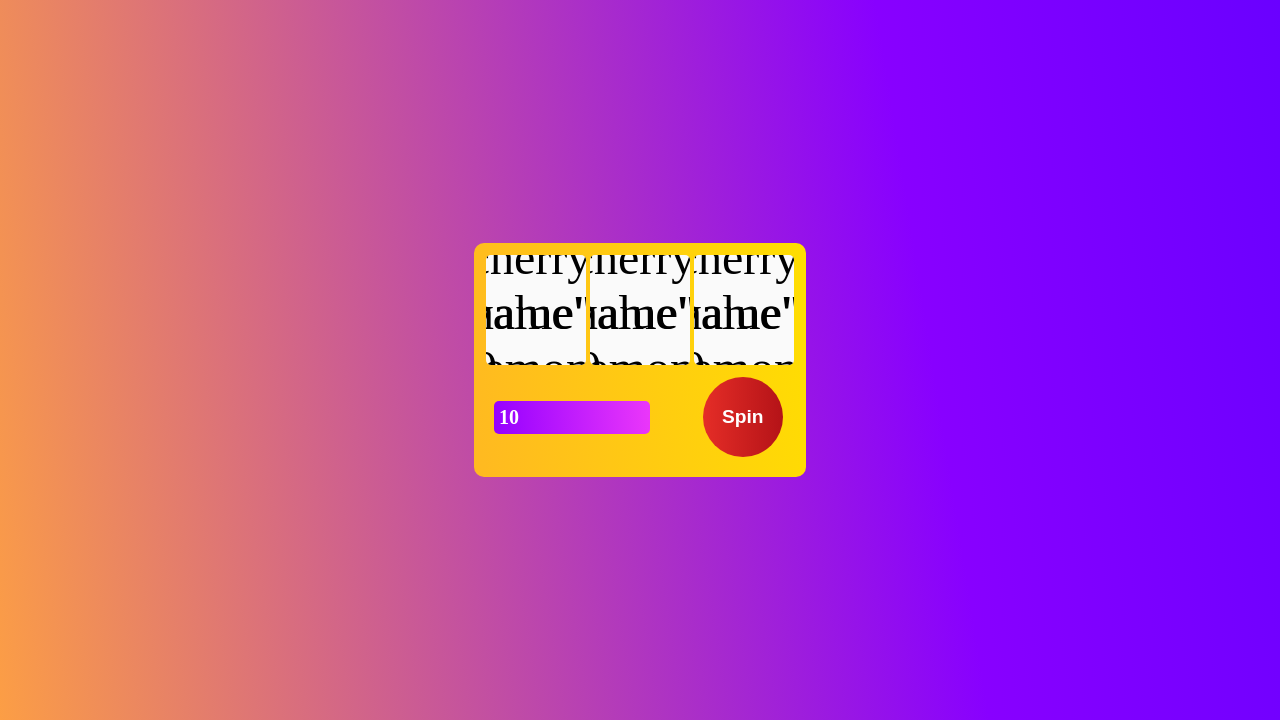
Repository: HERBOD7/slotmachine
Page: /
The author's editor kept a copy of each file at every save. The page is drawn from the files as they stood at one save, then again after the next save.
The browser window is 1280 px wide. The pictures show the whole page.
The project was rebuilt for these pictures with package versions that can differ from the ones it lists, and the page was loaded fresh each time. Also part of the build but not shown: vue.config.js.

Above is the page before, as saved 2023-07-23 12:50:07.

### src/App.vue
<template>
  <div id="app">
    <div class="machine">
      <div class="slots">
        <div class="slot" v-for="(symbol, name, i) in symbols" :key="i">
          <SlotBox
            :symbols="symbol"
            :slotName="name"
            :slotIsShuffling="isShuffling"
          />
        </div>
      </div>

      <div class="buttons">
        <div class="credit">{{ credit }}</div>
        <button @click="spin" class="spinner" :disabled="!this.credit">
          Spin
        </button>
      </div>
    </div>
  </div>
</template>

<script>
import SlotBox from "./components/SlotBox.vue";

export default {
  name: "App",
  components: {
    SlotBox,
  },
  data() {
    return {
      symbols: {
        firstSlot: [
          {
            name: "cherry",
            value: 10,
            emoji: "🍒",
          },
          {
            name: "lemon",
            value: 20,
            emoji: "🍋",
          },
          {
            name: "orange",
            value: 30,
            emoji: "🍊",
          },
          {
            name: "watermelon",
            value: 40,
            emoji: "🍉",
          },
        ],
        secondSlot: [
          {
            name: "cherry",
            value: 10,
            emoji: "🍒",
          },
          {
            name: "lemon",
            value: 20,
            emoji: "🍋",
          },
          {
            name: "orange",
            value: 30,
            emoji: "🍊",
          },
          {
            name: "watermelon",
            value: 40,
            emoji: "🍉",
          },
        ],
        thirdSlot: [
          {
            name: "cherry",
            value: 10,
            emoji: "🍒",
          },
          {
            name: "lemon",
            value: 20,
            emoji: "🍋",
          },
          {
            name: "orange",
            value: 30,
            emoji: "🍊",
          },
          {
            name: "watermelon",
            value: 40,
            emoji: "🍉",
          },
        ],
      },
      isShuffling: false,
      credit: 10,
      audio: {
        spin: new Audio(
          "https://freesound.org/data/previews/120/120373_824230-lq.mp3"
        ),
        spinEnd: new Audio(
          "https://freesound.org/data/previews/145/145441_2615119-lq.mp3"
        ),
      },
    };
  },
  methods: {
    spin() {
      if (this.credit) {
        this.credit--;
        this.audio.spin.play();
        this.isShuffling = true;
        for (let name in this.symbols) {
          const arr = [];
          arr.push(...this.symbols[name]);
          this.symbols[name] = this.shuffle(arr);
        }
        setTimeout(() => {
          this.audio.spin.pause();
          this.isShuffling = false;
          this.audio.spinEnd.play();
        }, 500);
        setTimeout(() => {
          this.audio.spinEnd.pause();
        }, 450);
      }
    },
    shuffle(array) {
      for (let i = array.length - 1; i > 0; i--) {
        const j = Math.floor(Math.random() * (i + 1));
        [array[i], array[j]] = [array[j], array[i]];
      }
      return array;
    },
  },
};
</script>

<style>
body {
  width: 100vw;
  height: 100vh;
  margin: 0;
  padding: 0;
}

#app {
  width: 100%;
  height: 100%;
  display: flex;
  flex-direction: column;
  justify-content: center;
  align-items: center;
  background: rgb(106, 0, 255);
  background: linear-gradient(
    261deg,
    rgba(106, 0, 255, 1) 0%,
    rgba(136, 0, 255, 1) 29%,
    rgba(252, 158, 69, 1) 100%
  );
}

.machine {
  background: rgb(255, 222, 1);
  background: linear-gradient(
    261deg,
    rgba(255, 222, 1, 1) 0%,
    rgba(255, 185, 33, 1) 100%
  );
  padding: 10px;
  border-radius: 10px;
}

.slots {
  display: flex;
  /* background: rgb(255, 222, 1);
  background: linear-gradient(
    261deg,
    rgba(255, 222, 1, 1) 0%,
    rgba(255, 185, 33, 1) 100%
  );
  padding: 10px;
  border-radius: 10px; */
}

.slot {
  background: #fafafa;
  width: 100px;
  height: 110px;
  overflow: hidden;
  border-radius: 5px;
  margin: 2px;
}

.buttons {
  display: flex;
  align-items: center;
  justify-content: space-between;
  padding: 10px;
}

button {
  cursor: pointer;
  font-size: 1.2rem;
  margin: 0 0.2rem;
  border: none;
  border-radius: 5px;
  padding: 10px 15px;
}

.credit {
  background: rgb(149, 0, 255);
  background: linear-gradient(
    85deg,
    rgba(149, 0, 255, 1) 0%,
    rgba(235, 55, 250, 1) 100%
  );
  padding: 5px;
  border-radius: 5px;
  color: white;
  width: 50%;
  font-size: 20px;
  font-weight: bold;
}

.spinner {
  height: 80px;
  width: 80px;
  border-radius: 100%;
  background-image: linear-gradient(
    to right,
    #e52d27 0%,
    #b31217 51%,
    #e52d27 100%
  );
  color: white;
  font-weight: bold;
  transition: 0.5s;
  background-size: 200% auto;
}

.spinner:hover {
  background-position: right center;
}
</style>

### src/components/SlotBox.vue
<template>
  <div class="boxes">
    <div
      :class="[
        'box',
        slotIsShuffling ? 'before-animate blur' : slotName + '-animation',
      ]"
      v-for="(item, index) in symbols"
      :key="index"
    >
      {{ item }}
    </div>
  </div>
</template>

<script>
export default {
  name: "SlotBox",
  props: {
    symbols: Array,
    slotIsShuffling: Boolean,
    slotName: String,
  },
};
</script>

<!-- Add "scoped" attribute to limit CSS to this component only -->
<style scoped>
.boxes {
  transform: translateY(0);
  transition: transform 1s ease-in-out;
}

.box {
  display: flex;
  justify-content: center;
  align-items: center;
  font-size: 3rem;
  height: 110px;
  width: 100px;
}

.firstSlot-animation {
  transform: translateY(3px);
  transition: transform 0.5s ease-in-out;
}

.secondSlot-animation {
  transform: translateY(3px);
  transition: transform 0.8s ease-in-out;
}

.thirdSlot-animation {
  transform: translateY(3px);
  transition: transform 1s ease-in-out;
}

.before-animate {
  transform: translateY(-20px);
}

.blur {
  filter: blur(1px);
}
</style>

Loaded but not shown: public/index.html (common file); src/main.js (common file)

After the next save:
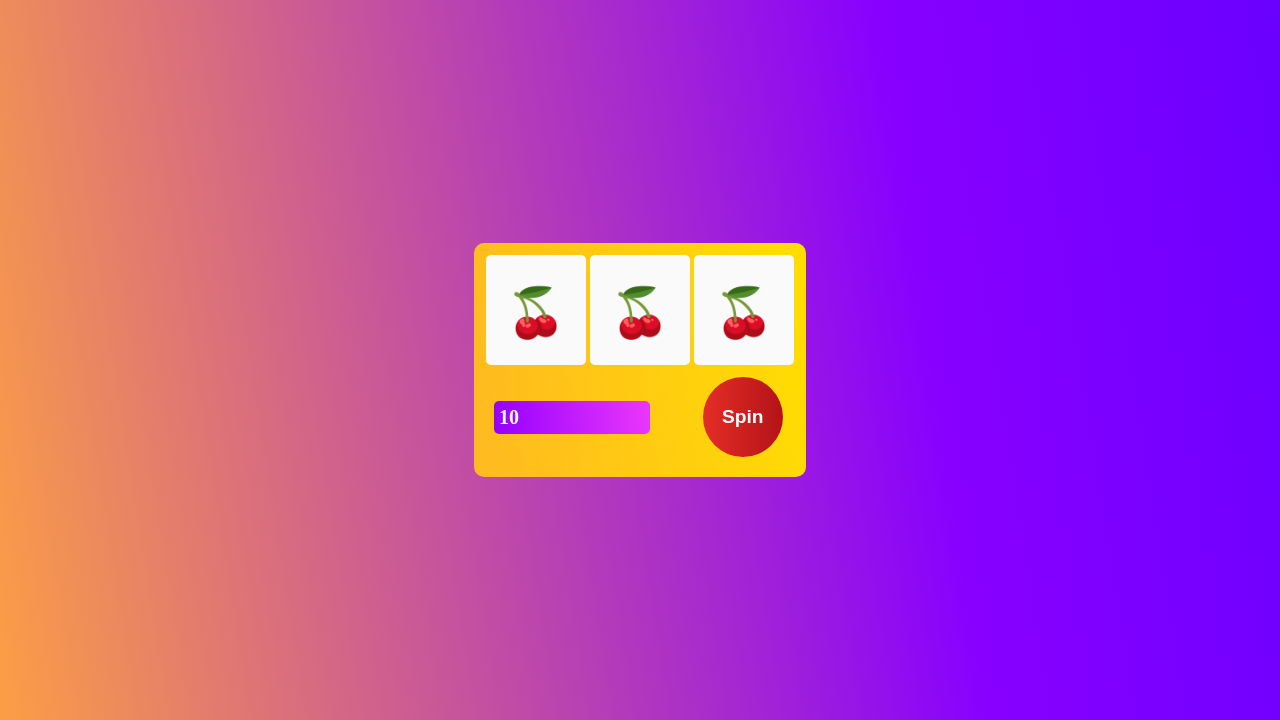
Saved 31 s later.
--- a/src/components/SlotBox.vue
+++ b/src/components/SlotBox.vue
@@ -8,7 +8,7 @@
       v-for="(item, index) in symbols"
       :key="index"
     >
-      {{ item }}
+      {{ item.emoji }}
     </div>
   </div>
 </template>
